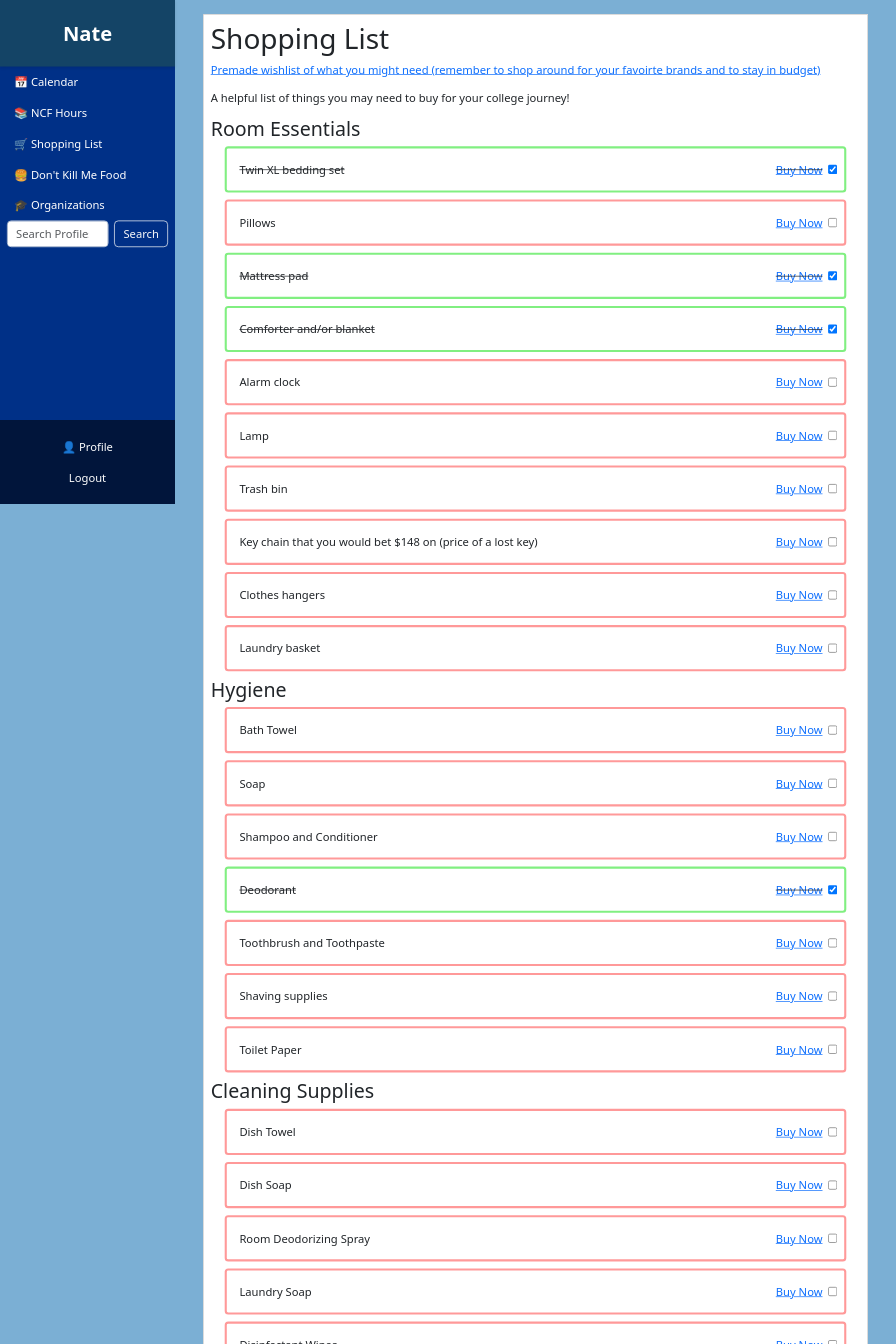
Repository: NateClarkTech/SoftwareEngineeringProject2
Page: http://localhost/shoppinglist/
The author's editor kept a copy of each file at every save. The page is drawn from the files as they stood at one save, then again after the next save.
The browser window is 1280 px wide. The pictures show the part of the page from y = 0 to 1920 px (the page is 4375 px tall before and 4413 px after), at 70% of full size.
The page is served by the project's application, run on Django 5.2 (manage.py). The first stored user is signed in. The page reads the database file committed with the project.

Above is the page before, as saved 2024-03-12 17:58:24.

After the next save:
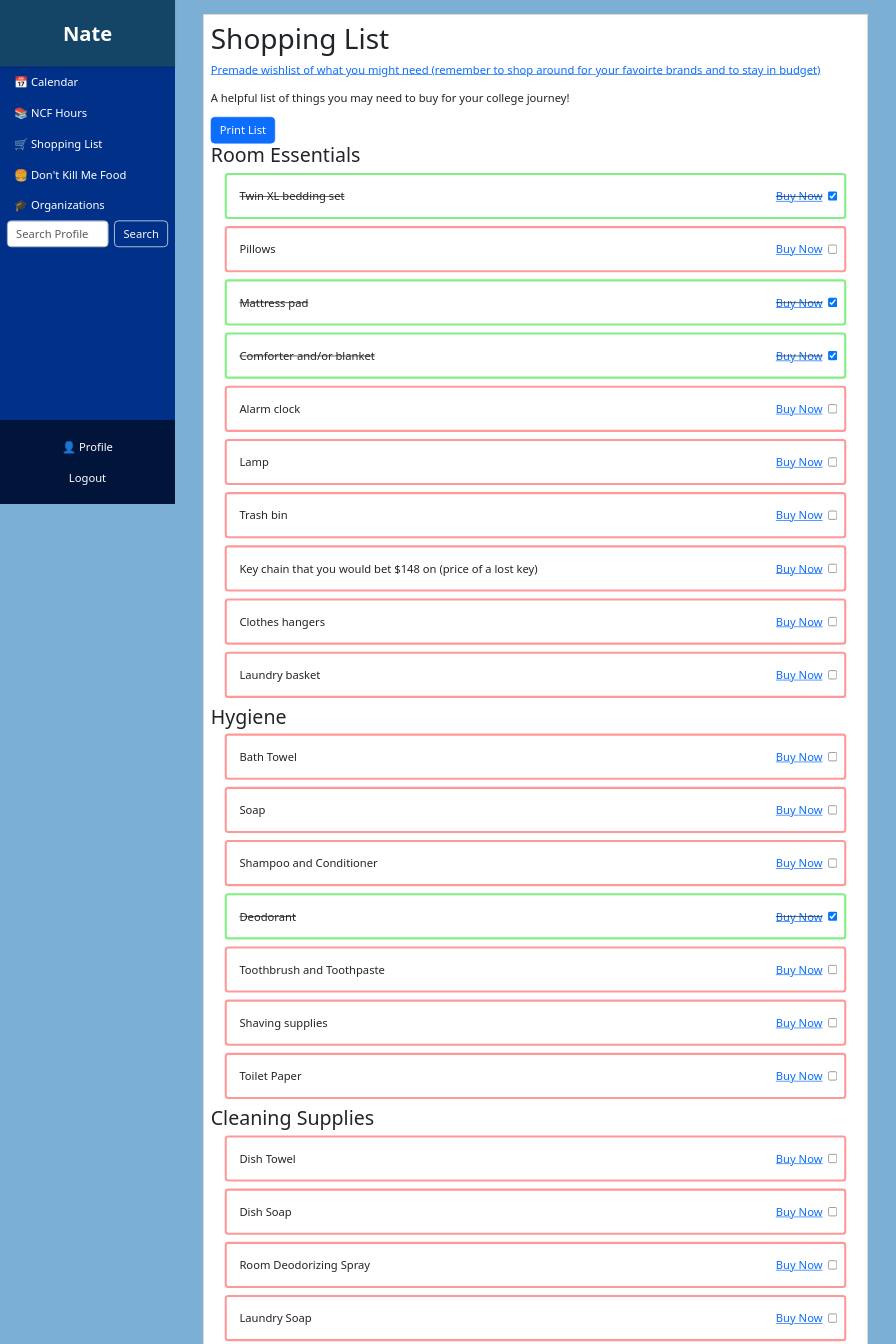
Saved 69 s later.
--- a/ShoppingList/templates/shoppinglist.html
+++ b/ShoppingList/templates/shoppinglist.html
@@ -38,7 +38,7 @@
         <h1>Shopping List</h1>
         <a href="https://www.amazon.com/hz/wishlist/ls/1MYC1SQ5AHTOC?ref_=wl_share" target="_blank">Premade wishlist of what you might need (remember to shop around for your favoirte brands and to stay in budget)</a>
         <p class="pt-3">A helpful list of things you may need to buy for your college journey!</p>
-
+        <button type="button" class="btn btn-primary">Print List</button>
         {% for category in itemCategories %}
             <h3>{{ category }}</h3>
             {% for item in shoppingItems %}
